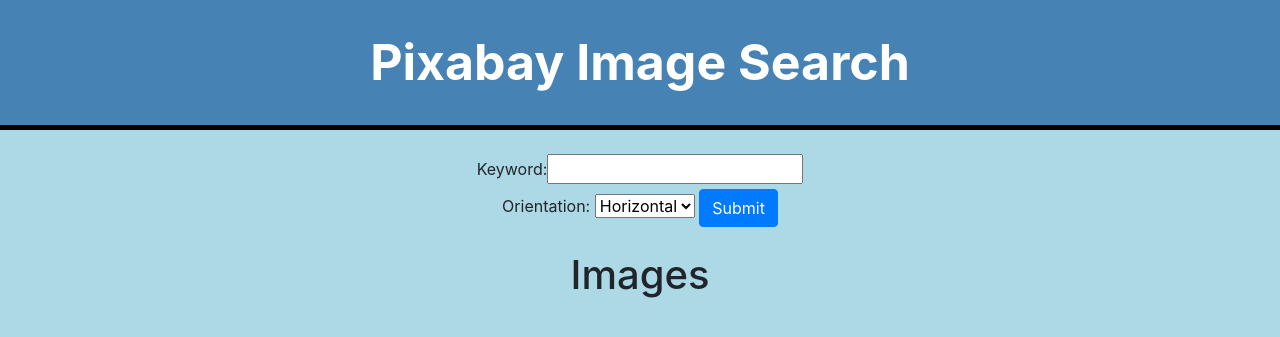
Repository: ElijahHallera/336-Internet-Prog
Page: cst336_s2020_lab5ThirdPartyAJAX-master/cst336_s2020_lab5ThirdPartyAJAX-master/index.html
The author's editor kept a record of every edit. The page is drawn from the files as they stood at one moment, then again after the next edit.
The browser window is 1280 px wide. The pictures show the whole page.

Above is the page before.

### cst336_s2020_lab5ThirdPartyAJAX-master/cst336_s2020_lab5ThirdPartyAJAX-master/index.html
<!doctype html>
 <html>
     <head>
         <meta http-equiv="Content-Type" content="text/html; charset=UTF-8">
         <title> Third-Party API </title>
         <link href="https://stackpath.bootstrapcdn.com/bootstrap/4.4.1/css/bootstrap.min.css"
         rel="stylesheet"
         integrity="sha384-Vkoo8x4CGsO3+Hhxv8T/Q5PaXtkKtu6ug5TOeNV6gBiFeWPGFN9MuhOf23Q9Ifjh"
         crossorigin="anonymous">
         <link href="https://fonts.googleapis.com/css?family=Raleway&display=swap" rel="stylesheet">
         <script src = "https://ajax.aspnetcdn.com/ajax/jQuery/jquery-3.4.1.min.js"></script>
         <script src = "https://cdnjs.cloudflare.com/ajax/libs/underscore.js/1.9.1/underscore-min.js"></script>
         <link href = "app.css" rel = "stylesheet" type = "text/css">
     </head>


<header> Pixabay Image Search</header>
<br>
<body>

    <label id = "csskeyword"> Keyword:</label><input type = "text" name = "keyword" id = "keyword"><br>
                    <span id="keywordError"></span>
    <label id = "csskeyword">Orientation:</label>
    <select id = "orientation" name = "orientation">
        <option value = "horizontal">Horizontal </option>
        <option value = "vertical">Vertical</option>
    </select>
    <input type="submit" button type="button" class="btn btn-primary">
    </br>
    </br>
    <h1>Images</h1><br>
    <span id = "likes"></span>
     <span id = break></span>
    <span id = "previewURL"></span><br>

    </br>
    </br>
    <script src = "javascript.js"></script>
</body>

</html>

### cst336_s2020_lab5ThirdPartyAJAX-master/cst336_s2020_lab5ThirdPartyAJAX-master/app.css
header{
    font-size: 50px;
    font-weight: bold;
    text-align: center;
    padding: 25px;
    color: white;
    border-bottom: 5px solid black;
    background-color: #4682B4;
}

#label{
    font-weight: bold;
    font-size: 20px;
}

body{
    background-color: #ADD8E6;
    text-align: center;
}

#images{
    font-size: 25px;
    font-weight: bold;
    border-bottom: 5px solid black;
}

### cst336_s2020_lab5ThirdPartyAJAX-master/cst336_s2020_lab5ThirdPartyAJAX-master/javascript.js
// $("#orientation").on("change", function(){
//     let oritentationResponse = $("#orientation").val();
//     var ori;
//     if(oritentationResponse == "horizontal"){
//         ori = "horizontal";
//     } else if (oritentationResponse == "vertical"){
//         ori = "vertical";
//     }
// });


$("#keyword").on("change", function(){
        $.ajax({
          method: "GET",
             url: "https://pixabay.com/api/?key=5589438-47a0bca778bf23fc2e8c5bf3e&q=" + "#keyword" + "&orientation=vertical" + "&image_type=vector",
        dataType: "json",
            data: { "tags": $("#tags").val(), "previewURL": $("#previewURL").val(), "likes": $("#likes").val() },
         success: function(result,status) {
                for(let i = 0; i < 4; i++){
                    $("#likes").append("<p2> Likes: </p2> <p>" + result.hits[i].likes + "</p>" );
                }
                $("#break").html("</br>");
                $("#break").html("</br>");
                for(let i = 0; i < 4; i++){
                    $("#previewURL").append(`<img src = "` + result.hits[i].previewURL + `">` );
                }
              }
        });//ajax
});

After the next edit:
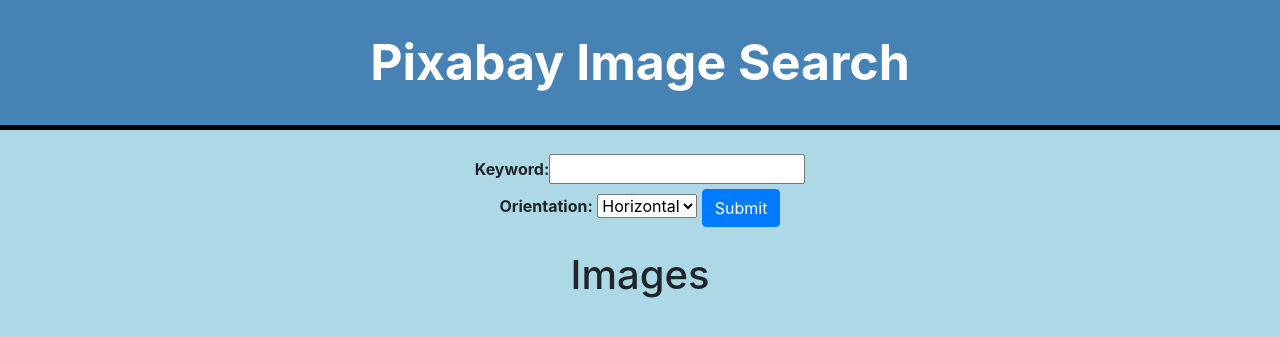
The edit:
--- a/cst336_s2020_lab5ThirdPartyAJAX-master/cst336_s2020_lab5ThirdPartyAJAX-master/app.css
+++ b/cst336_s2020_lab5ThirdPartyAJAX-master/cst336_s2020_lab5ThirdPartyAJAX-master/app.css
@@ -6,6 +6,10 @@
     color: white;
     border-bottom: 5px solid black;
     background-color: #4682B4;
+}
+
+#csskeyword{
+    font-weight: bold;
 }
 
 #label{
